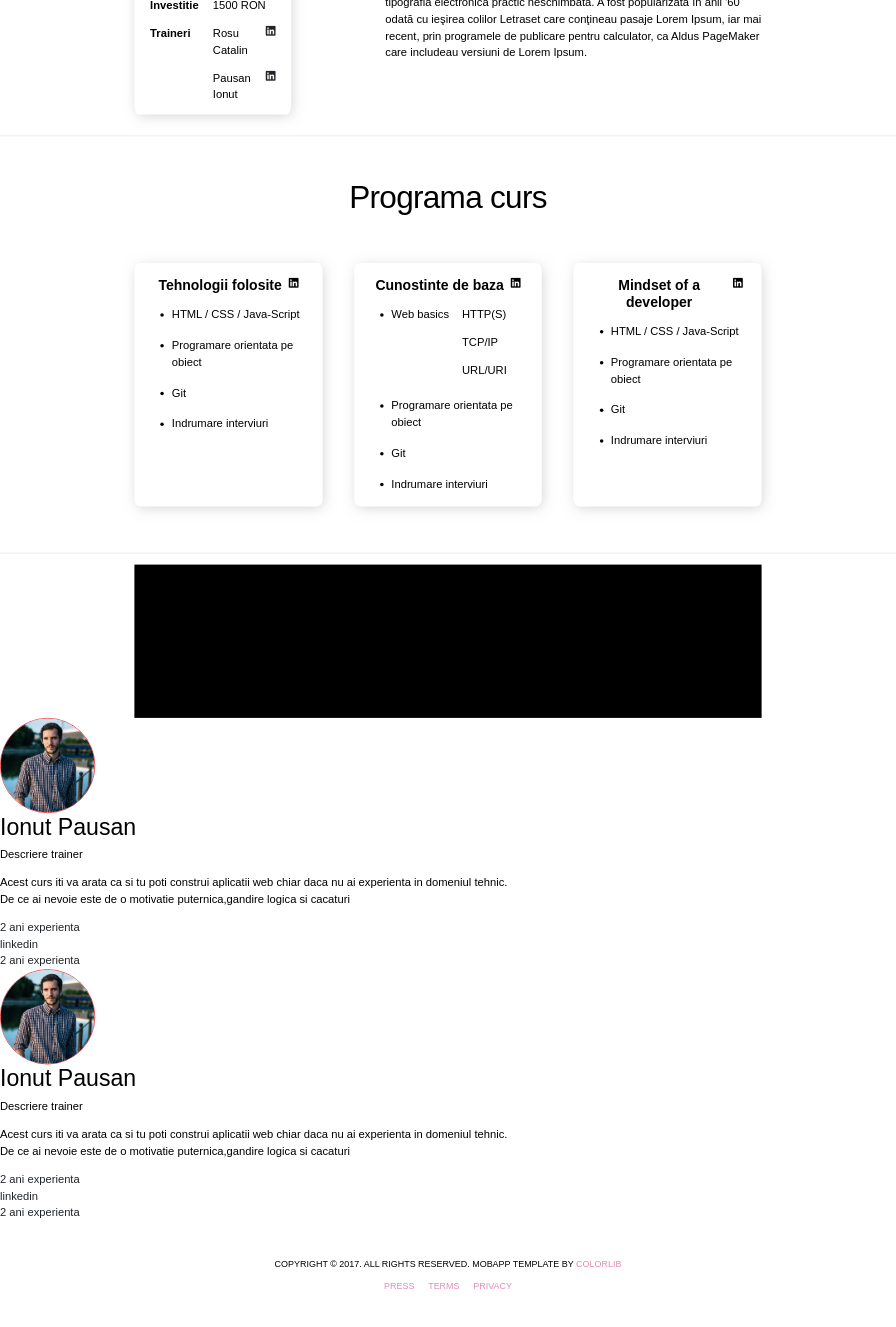
Repository: RosuCatalinDorin/ITSchool
Page: detaliiCurs/views/detalii-curs.html
An editor plug-in stored every save of this project. The page is shown before and after the next save, followed by the edit.
The browser window is 1280 px wide. The pictures show the part of the page from y = 882 to 2802 px (the page is 2778 px tall before and 2802 px after), at 70% of full size.
Some web libraries are served in a nearby version.

Above is the page before, as saved 2019-03-12 08:28:59.

### detaliiCurs/views/detalii-curs.html
<!doctype html>
<html lang="en">


<head>
    <title>Speak Programming</title>
    <!-- Required meta tags -->
    <meta charset="utf-8">
    <meta name="viewport" content="width=device-width, initial-scale=1, shrink-to-fit=no">
    <meta name="description" content="Mobland - Mobile App Landing Page Template">
    <meta name="keywords" content="HTML5, bootstrap, mobile, app, landing, ios, android, responsive">
    <!-- Font -->
    <link rel="stylesheet" href="https://use.fontawesome.com/releases/v5.7.2/css/all.css" integrity="sha384-fnmOCqbTlWIlj8LyTjo7mOUStjsKC4pOpQbqyi7RrhN7udi9RwhKkMHpvLbHG9Sr" crossorigin="anonymous">
    <link rel="dns-prefetch" href="//fonts.googleapis.com">
    <script src="//code.jquery.com/jquery-1.11.1.min.js"></script>
    <!-- Bootstrap CSS -->
    <link rel="stylesheet" href="../../css/bootstrap.min.css">
    <!-- Themify Icons -->
    <link rel="stylesheet" href="../../css/themify-icons.css">
    <!-- Owl carousel -->
    <link rel="stylesheet" href="../../css/owl.carousel.min.css">
    <link rel="stylesheet" href="../css/detalii-curs.css">
    <!-- Main css -->
    <link href="../../css/style.css" rel="stylesheet">
    <link rel="shortcut icon" href="../images/partea_de_susLogo.png"/>
    <!-- jQuery and Bootstrap -->
    <script src="../../js/jquery-3.2.1.min.js"></script>
    <script src="../../js/bootstrap.bundle.min.js"></script>
    <!-- Plugins JS -->
    <script src="../../js/owl.carousel.min.js"></script>
    <!-- Custom JS -->

</head>

<body data-spy="scroll" data-target="#navbar" data-offset="30">

<!-- Nav Menu -->
<div class="nav-menu fixed-top">
    <div class="container">
        <div class="row">
            <div class="col-md-12">
                <nav class="navbar navbar-dark navbar-expand-lg">
                    <a class="navbar-brand" href="../../home-page/index.html"><img src="../../images/logo_partea_deJos.png" height="43" width="43" class="img-fluid" alt="logo"></a> <button class="navbar-toggler" type="button" data-toggle="collapse" data-target="#navbar" aria-controls="navbar" aria-expanded="false" aria-label="Toggle navigation"> <span class="navbar-toggler-icon"></span> </button>
                    <div class="collapse navbar-collapse" id="navbar">
                        <ul class="navbar-nav ml-auto">
                            <li class="nav-item"> <a class="nav-link active" href="../../home-page/index.html">HOME <span class="sr-only">(current)</span></a> </li>
                        </ul>
                    </div>
                </nav>
            </div>
        </div>
    </div>
</div>

<!-- Header start -->

<header  class="header-detalii-curs">
        <h2 class="detalii-curs-titlu" id="cursTitle">Java-Script Basics</h2>
        <h4 class="detalii-curs-motto">Vino sa dram drumul primei noastre aplicatii</h4>
        <div class="detalii-curs-button-container">
            <button type="button" class="btn btn-dark">Inscrie-te</button>
        </div>
    </div>
</header>
<hr>

<!-- Header ends -->

<!-- Info curs start -->
<section class="info-curs-container">
    <div class="info-title" >
        <h2>Informatii despre cursul intro in web development</h2>
    </div>
    <div class="info-curs-detalii" >
        <div class="informatii-curs-sumar">
            <h3>Informatii Curs</h3>
            <div class="informatii-curs-row">
                <div class="row-first-elem">
                    <p>Nivel</p>
                </div>
                <p class="row-second-elem">Introducere </p>
            </div>
            <div class="informatii-curs-row">
                <div class="row-first-elem">
                    <p>Data start</p>
                </div>
                <div class="row-second-elem">
                    <div class="trainer-linkedin">
                        <p>Mar 5,2019</p>
                        <i class="far fa-calendar-alt"></i>
                    </div>
                </div>
            </div>
            <div class="informatii-curs-row">
                <div class="row-first-elem">
                    <p>Durata</p>
                </div>
                <div class="row-second-elem">
                    <p>4 luni </p>
                    <p>5 ore/saptamana </p>
                    <p>80 de ore </p>
                </div>
            </div>
            <div class="informatii-curs-row">
                    <div class="row-first-elem">
                            <p> Investitie </p>
                        </div>

                <p class="row-second-elem">1500 RON</p>
            </div>
            <div class="informatii-curs-row">
                    <div class="row-first-elem">
                            <p>Traineri</p>
                        </div>

                <div class="row-second-elem">
                    <div class="trainer-linkedin">
                        <p>Rosu Catalin</p>
                        <i href="https://www.linkedin.com/in/ro%C8%99u-c%C4%83t%C4%83lin-dorin-872322112/" class="fab fa-linkedin"></i>
                    </div>
                    <div class="trainer-linkedin">
                        <p>Pausan Ionut</p>
                        <i class="fab fa-linkedin"></i>
                    </div>
                </div>
            </div>
        </div>
        <div class="descriere-curs">
            <!-- put text into variables -->
                <div class="descriere-cui-se-adreseaza">
                    <h4>Pentru cine facem acest curs</h4>
                    <p> Acest curs iti va arata ca si tu poti construi aplicatii web chiar daca nu ai experienta in domeniul tehnic.<br> De ce ai nevoie este de o motivatie puternica,gandire  logica si cacaturi </p>
                </div>
                <div class="">
                    <h4> Desciere</h4>
                    <p>Lorem Ipsum este pur şi simplu o machetă pentru text a industriei tipografice. Lorem Ipsum a fost macheta standard a industriei încă din secolul al XVI-lea, când un tipograf anonim a luat o planşetă de litere şi le-a amestecat pentru a crea o carte demonstrativă pentru literele respective. Nu doar că a supravieţuit timp de cinci secole, dar şi a facut saltul în tipografia electronică practic neschimbată. A fost popularizată în anii '60 odată cu ieşirea colilor Letraset care conţineau pasaje Lorem Ipsum, iar mai recent, prin programele de publicare pentru calculator, ca Aldus PageMaker care includeau versiuni de Lorem Ipsum.</p>
                </div>
        </div>
    </div>
</section>
<hr>
<!-- Info curs ends -->


<!-- PROGRAMA CURS START -->

<section class="programa-curs">
    <div class="info-title" >
        <h2>Programa curs</h2>
    </div>
    <div class="detalii-programa">
        <div class="programa-curs-row">
            <header class="programa-curs-header">
                <h4>Tehnologii folosite</h4>
                <i class="fab fa-linkedin"></i>
            </header>
            <ul class="lista-programa-curs">
                <li>HTML / CSS / Java-Script</li>
                <li>Programare orientata pe obiect</li>
                <li>Git</li>
                <li>Indrumare interviuri</li>
            </ul>
        </div>
        <div class="programa-curs-row">
            <header class="programa-curs-header">
                <h4>Cunostinte de baza</h4>
                <i class="fab fa-linkedin"></i>
            </header>
            <ul class="lista-programa-curs">
                <div class="web-basics">
                    <li >Web basics</li>
                    <div>
                        <p>HTTP(S)</p>
                        <p>TCP/IP</p>
                        <p>URL/URI</p>
                    </div>
                </div>
                <li>Programare orientata pe obiect</li>
                <li>Git</li>
                <li>Indrumare interviuri</li>
            </ul>
        </div>
        <div class="programa-curs-row">
            <header class="programa-curs-header">
                <h4>Mindset of a developer</h4>
                <i class="fab fa-linkedin"></i>
            </header>
            <ul class="lista-programa-curs">
                <li>HTML / CSS / Java-Script</li>
                <li>Programare orientata pe obiect</li>
                <li>Git</li>
                <li>Indrumare interviuri</li>
            </ul>
        </div>
    </div>

</section>
<hr>

<!-- PROGRAMA CURS ENDS -->


<!-- Trainer description start -->
<section class="descriere-trainer">
        <div class="info-title" >
            <h2>Informatii despre cursul intro in web development</h2>
        </section>

        <div class="trainer-container">
            <div class="trainer-row">
                <div class="trainer-profile">

                </div>
            </div>
            <div class="trainer-row">
                <div class="trainer-profile">

                </div>
            </div>

        </div>



        <div class="contentTrainerDetails">
            <div class="team-box-trainer">
                <div class="team-img">
                    <img src="../../images/pozaIonutPausan.jpg" class="rounded-circle" alt="Cinque Terre" width="136" height="136">
                </div>
                <div class="team-title-trainer ">
                    <h3>Ionut Pausan</h3>
                </div>
            </div>
            <div class="descriereTrainer">
                <p class="textOffset">Descriere trainer</p>
                <p> Acest curs iti va arata ca si tu poti construi aplicatii web chiar daca nu ai experienta in domeniul tehnic.<br> De ce ai nevoie este de o motivatie puternica,gandire  logica si cacaturi </p>
                <div class="repetClassStyle"><span>2 ani experienta</span></div>
                <div class="repetClassStyle"><span>linkedin</span></div>
                <div class="repetClassStyle" ><span>2 ani experienta</span></div>
            </div>
        </div>
        <div class="contentTrainerDetails">
            <div class="team-box-trainer">
                <div class="team-img">
                    <img src="../../images/pozaIonutPausan.jpg" class="rounded-circle" alt="Cinque Terre" width="136" height="136">
                </div>
                <div class="team-title-trainer ">
                    <h3>Ionut Pausan</h3>
                </div>
            </div>
            <div class="">

                <p>Descriere trainer</p>
                <p> Acest curs iti va arata ca si tu poti construi aplicatii web chiar daca nu ai experienta in domeniul tehnic.<br> De ce ai nevoie este de o motivatie puternica,gandire  logica si cacaturi </p>
                <div><span>2 ani experienta</span></div>
                <div ><span>linkedin</span></div>
                <div><span>2 ani experienta</span></div>
            </div>
        </div>
</section>
<!-- Trainer description end -->


<footer class="my-5 text-center">
    <!-- Copyright removal is not prohibited! -->
    <p class="mb-2"><small>COPYRIGHT © 2017. ALL RIGHTS RESERVED. MOBAPP TEMPLATE BY <a href="https://colorlib.com">COLORLIB</a></small></p>

    <small>
        <a href="#" class="m-2">PRESS</a>
        <a href="#" class="m-2">TERMS</a>
        <a href="#" class="m-2">PRIVACY</a>
    </small>
</footer>


</body>

</html>

### detaliiCurs/css/detalii-curs.css
/* Header start */
.header-detalii-curs {
    padding-bottom:25px;
    margin-top: 40px;
}

.container-detalii-curs {
    text-align: center;
}

.detalii-curs-button-container{
    margin-bottom: 30px;
}
/* Header ends */

/* Info curs container start */
.info-curs-container {
    width: 70%;
    margin: auto;
}

.info-title{
    padding-top: 45px;
    padding-bottom: 50px;
    height: auto;
}

.info-title h2{
    text-align: center;
}

    /* DETALII CURS -START */
.info-curs-detalii{
    display: flex;
    justify-content: space-between;
    margin-bottom: 30px;
}

.informatii-curs-sumar{
    width: 25%;
    -webkit-box-shadow: 2px 3px 18px -2px rgba(186,186,186,0.68);
    -moz-box-shadow: 2px 3px 18px -2px rgba(186,186,186,0.68);
    box-shadow: 2px 3px 18px -2px rgba(186,186,186,0.68);
    border-radius: 3%;
}

.informatii-curs-sumar h3 {
    text-align: center;
}

.informatii-curs-row{
    /* font size-font-style */
    display: flex;
}

.row-first-elem{
    font-weight: bold;
    width: 30%;
    padding-left: 10%;
}

.row-second-elem {
    width:60%;
    text-align: start;
    padding-left: 20%;
  }

.trainer-linkedin{
    display: flex;
    justify-content: space-between;
}
/* DETALII CURS -END */

/* DESCRIERE CURS START */
.descriere-curs{
    width: 60%;
}

.descriere-curs h4{
    font-weight: bold;
}

.descriere-cui-se-adreseaza{
    padding-bottom: 20px;
}

/* DESCRIERE CURS ENDS */

/* Info curs container ends */


/* PROGRAMA CURS START */

.programa-curs{
    margin: auto;
    width: 70%;
    justify-content: space-between;
    padding-bottom: 50px;
}

.detalii-programa {
    width: 100%;
    display: flex;
    justify-content: space-between;
}

.programa-curs-row{
    width: 30%;
    color: black;
    -webkit-box-shadow: 2px 3px 18px -2px rgba(186,186,186,0.68);
    -moz-box-shadow: 2px 3px 18px -2px rgba(186,186,186,0.68);
    box-shadow: 2px 3px 18px -2px rgba(186,186,186,0.68);
    border-radius: 3%;
}

.programa-curs-header {
    padding-top: 20px;
    display: flex;
    color:black;
    width:80%;
    margin: auto;
    justify-content: center;
}

.programa-curs-header h4{
    padding: 0 10px 0 0;
    font-weight: bold;
}

.lista-programa-curs{
    width: 90%;
    margin: auto;
    padding-bottom: 10px;
}

.lista-programa-curs li {
    padding-top: 10px;
    padding-bottom: 10px;
}

.web-basics{
    display: flex;
}

.web-basics li {
    width: 50%;
}

.web-basics div{
    padding-top: 10px;
}


/* PROGRAMA CURS ENDS */

/* DESCRIERE TRAINER START */
.descriere-trainer {
    width:70%;
    margin: auto;
    background:black;
}
/* DESCRIERE TRAINER ENDS */

Loaded but not shown: css/bootstrap.min.css (library); css/themify-icons.css (common file); css/owl.carousel.min.css (library); js/jquery-3.2.1.min.js (library); js/bootstrap.bundle.min.js (library); js/owl.carousel.min.js (library); css/style.css (723 lines, source omitted)

After the next save:
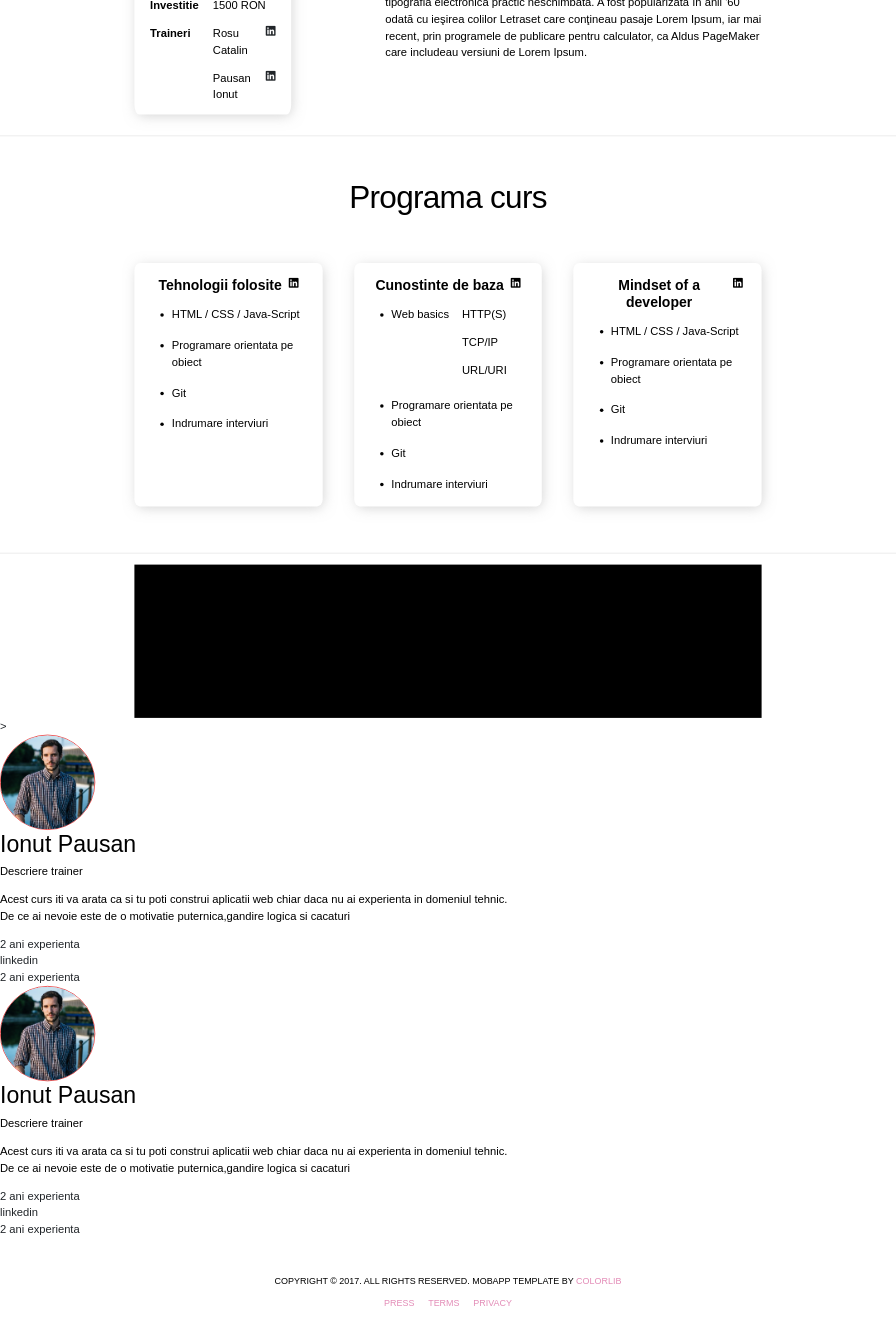
Saved 33 s later.
--- a/detaliiCurs/views/detalii-curs.html
+++ b/detaliiCurs/views/detalii-curs.html
@@ -211,6 +211,9 @@
                 <div class="trainer-profile">
 
                 </div>
+                <div class="trainer-description">
+
+                </div>>
             </div>
             <div class="trainer-row">
                 <div class="trainer-profile">

After the save that followed:
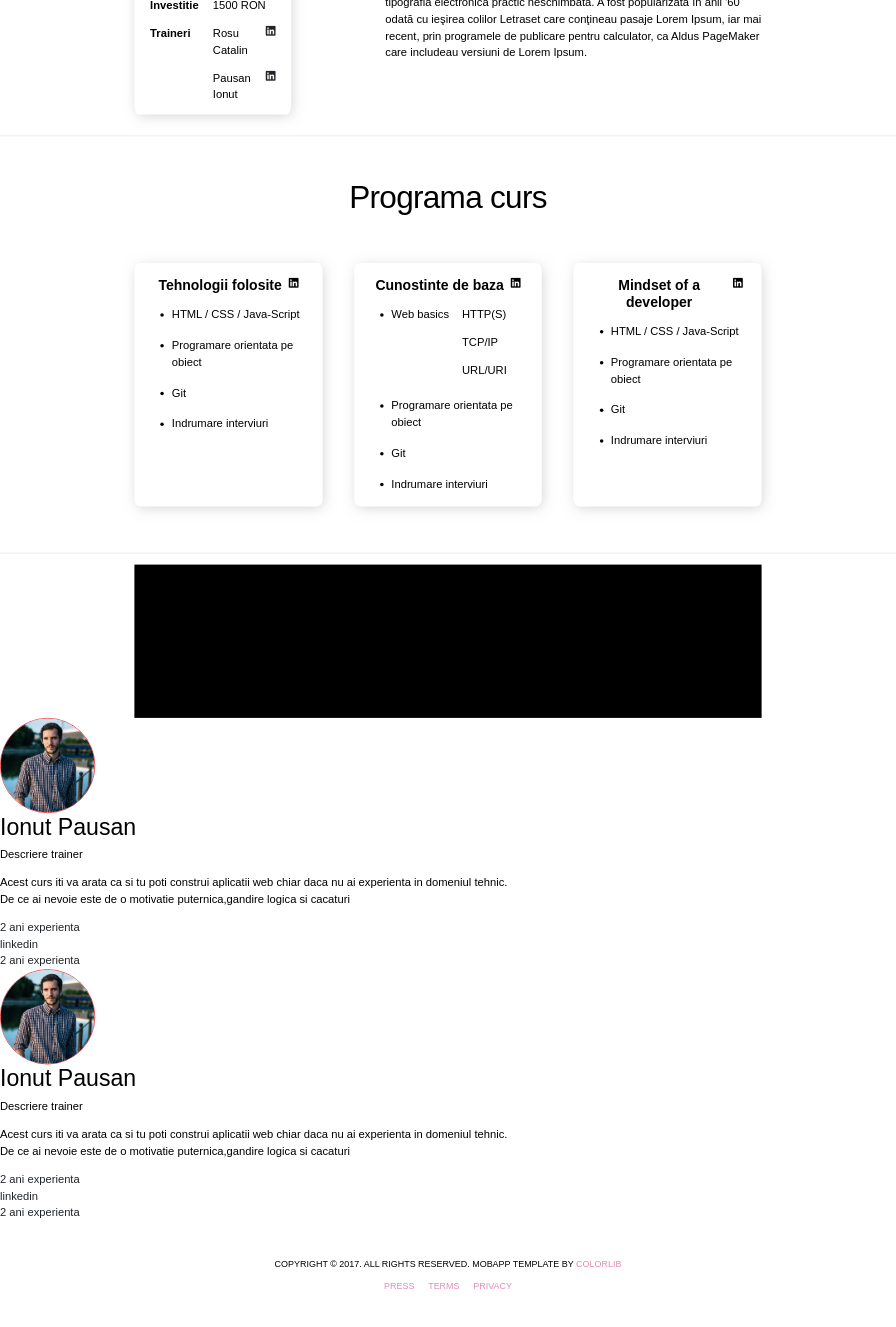
Saved 11 s later.
--- a/detaliiCurs/views/detalii-curs.html
+++ b/detaliiCurs/views/detalii-curs.html
@@ -213,10 +213,13 @@
                 </div>
                 <div class="trainer-description">
 
-                </div>>
+                </div>
             </div>
             <div class="trainer-row">
                 <div class="trainer-profile">
+
+                </div>
+                <div class="trainer-description">
 
                 </div>
             </div>
